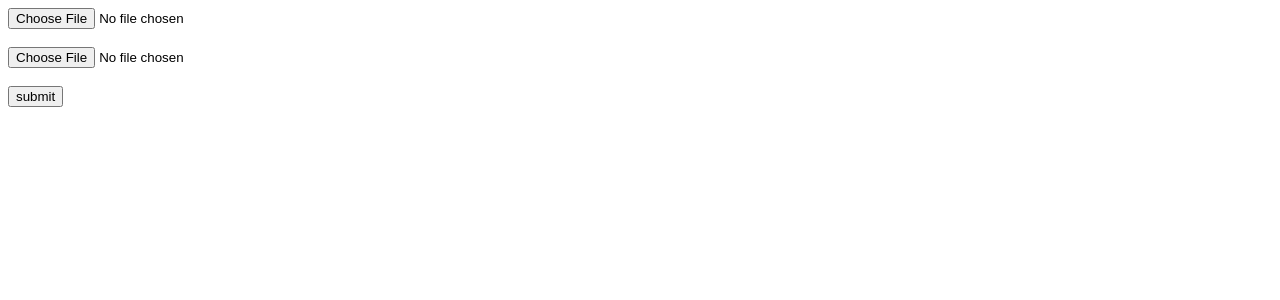
Repository: Higenious/uploadMultiple
Page: public/index.html
The author's editor kept a copy of each file at every save. The page is drawn from the files as they stood at one save, then again after the next save.
The browser window is 1280 px wide. The pictures show the whole page.

Above is the page before, as saved 2018-05-09 05:41:15.

After the next save:
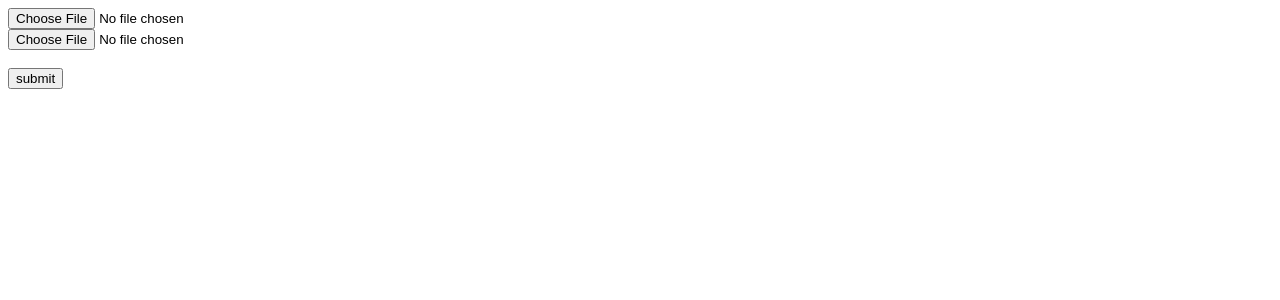
Saved 3 min 35 s later.
--- a/public/index.html
+++ b/public/index.html
@@ -8,11 +8,17 @@
 </head>
 <body>
      <form method="post" enctype="multipart/form-data" action="/">
-           <input type="file" name = "myimage1"/></form><br/>
-           <input type="file" name = "myimage2"/></form><br/><br/>
+           <input type="file" name = "myimage1"/><br/>
+           <input type="file" name = "myimage2"/><br/><br/>
            <input type="submit" name="submit" value="submit">
 
      </form>
+<!--
+     <form method="post" action="/">
+        <input type="file" name="user[name]">
+        <input type="file" name="user[email]">
+        <input type="submit"  name="submit" value="Submit">
+    </form> -->
 
 </body>
 </html>
